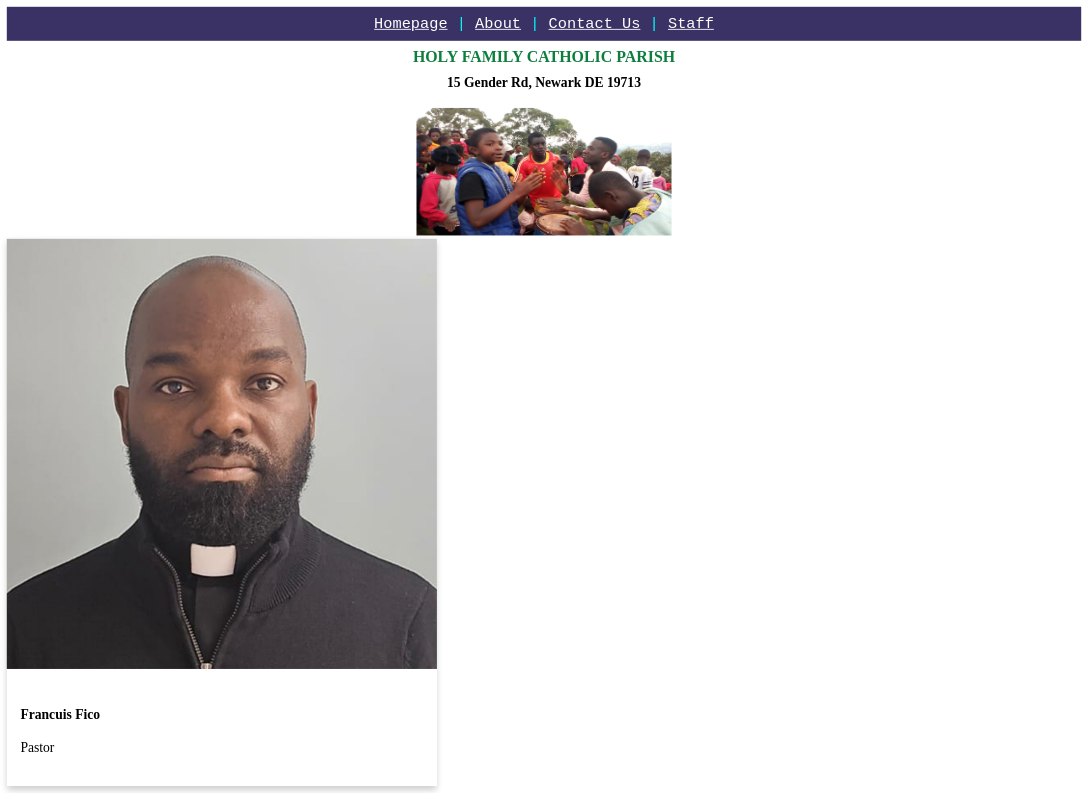
Repository: ficotims/HTML-RESTART
Page: Homepage.html
These files come from the project's save history. The page is drawn as it stood at one moment and after the next save; the edit follows.
The browser window is 1280 px wide. The pictures show the whole page, at 85% of full size.

Above is the page before, as saved 2026-02-10 22:03:05.

### Homepage.html
<!doctype html>
<html lang="en">
  <head>
    <meta charset="UTF-8" />
    <meta name="viewport" content="width=device-width, initial-scale=1.0" />
    <style>
.card {
  box-shadow: 0 4px 8px 0 rgba(0,0,0,0.2);
  transition: 0.3s;
  width: 40%;
}

.card:hover {
  box-shadow: 0 8px 16px 0 rgba(0,0,0,0.2);
}

.container {
  padding: 20px 16px;
}
</style>
    <title>HTML Crash course with Iman Musa</title>
    <link rel="stylesheet" href="Style 1.css"/>

      </head>
<body

     <!-- NAVIGATION SECTION -->
        <div style="background-color: rgb(58, 49, 100); padding: 10px; text-align: center; color: aqua; font-size: 18px; font-family: monospace, Lemon milk;">
    <a href="Homepage.html" target="_top" style="color: white;">Homepage</a> |
    <a href="about.html" style="color: white;">About</a> | <a href="Contact us.html" style="color: white;">Contact Us</a> |
    <a href="staff.html" style="color: white;">Staff</a>
     </div>

 <div style="text-align: center;">
    <h3><span style="color: rgb(14, 126, 61);"><div style="line-height: 0;">HOLY FAMILY CATHOLIC PARISH</b></span></h3>
    <H4>15 Gender Rd, Newark DE 19713</H4>
    <img
        src="images/Acension.jpg"
        alt="Catholic Church Logo"
        width="300"
        height="150"
      />
      </div>

      <div class="card">
        <img
          src="images/fico.jpg"
          alt="francuis"
          width="100%">
          <div class="container">
            <h4><b>Francuis Fico</b></h4>
            <p>Pastor</p>
          </div>
      </div>

</html>
  </body>
</html>

### Style 1.css
.card {
    box-shadow: 0 4px 8px 0 rgba(0, 0, 0, 0.2);
    transition: 0.3s;
}

}

After the next save:
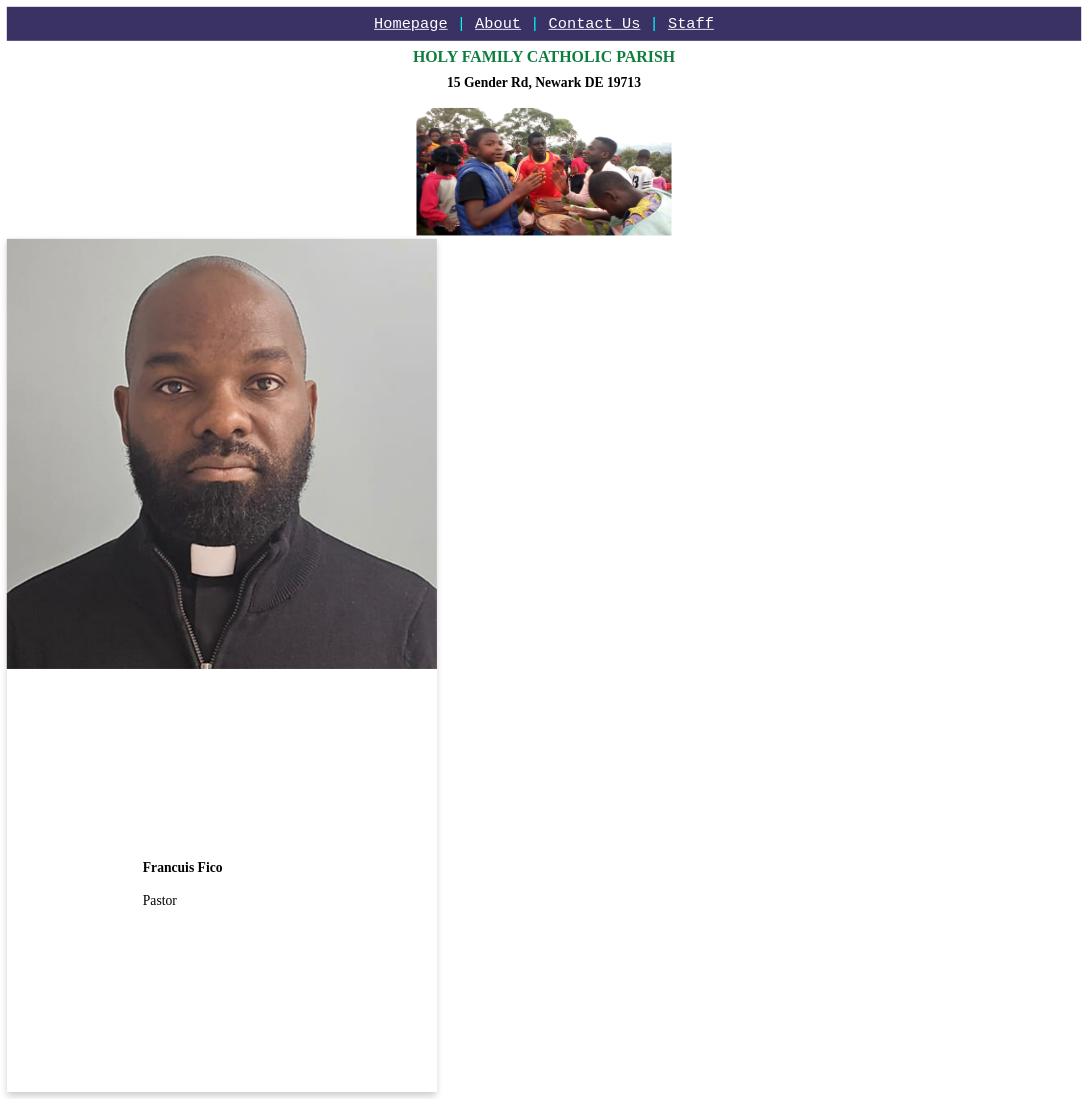
Saved 7 s later.
--- a/Homepage.html
+++ b/Homepage.html
@@ -15,7 +15,7 @@
 }
 
 .container {
-  padding: 20px 16px;
+  padding: 200px 160px;
 }
 </style>
     <title>HTML Crash course with Iman Musa</title>
